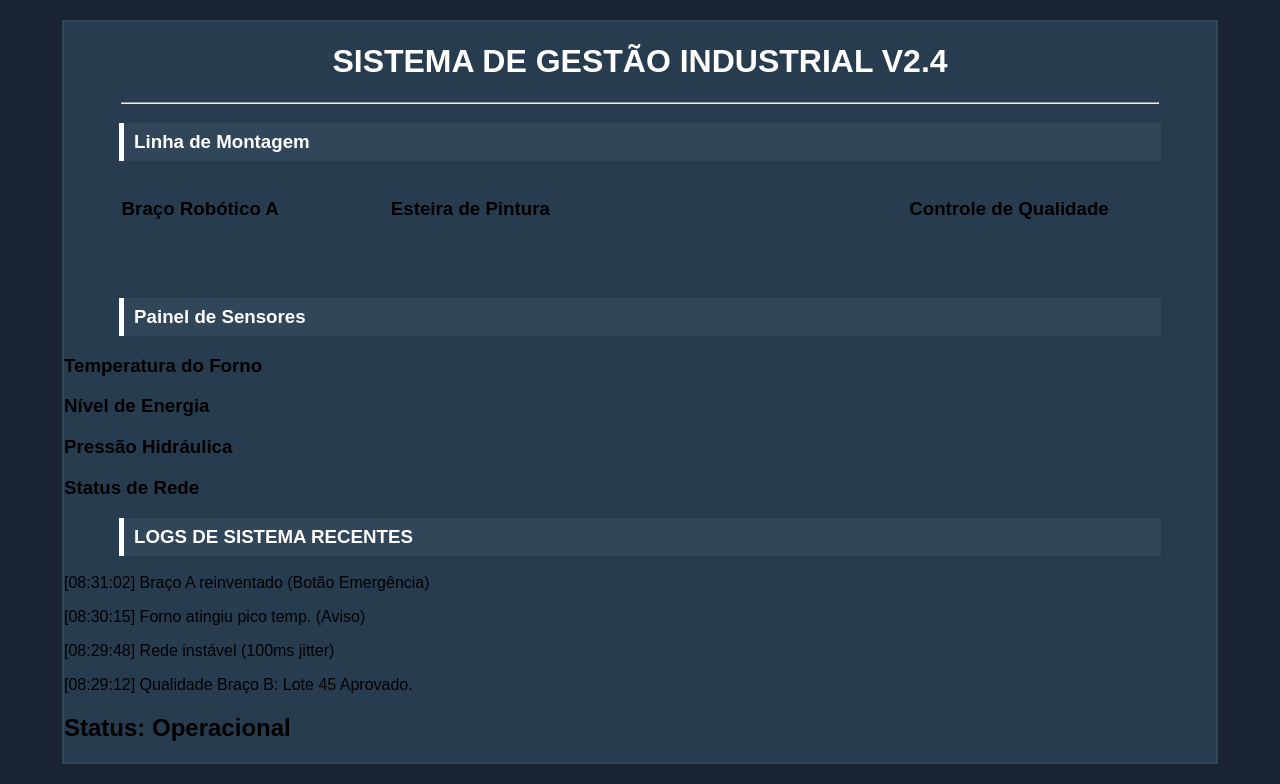
Repository: DanielEDapper/Front-WEG
Page: ProfeIgor/Aula5 - Dashboard Industrial/index.html
The author's editor kept a copy of each file at every save. The page is drawn from the files as they stood at one save, then again after a run of saves.
The browser window is 1280 px wide. The pictures show the whole page.
Some icons come from a web library that is not loaded, so they are not drawn.

Above is the page before, as saved 2026-05-29 19:36:34.

After the next 3 saves:
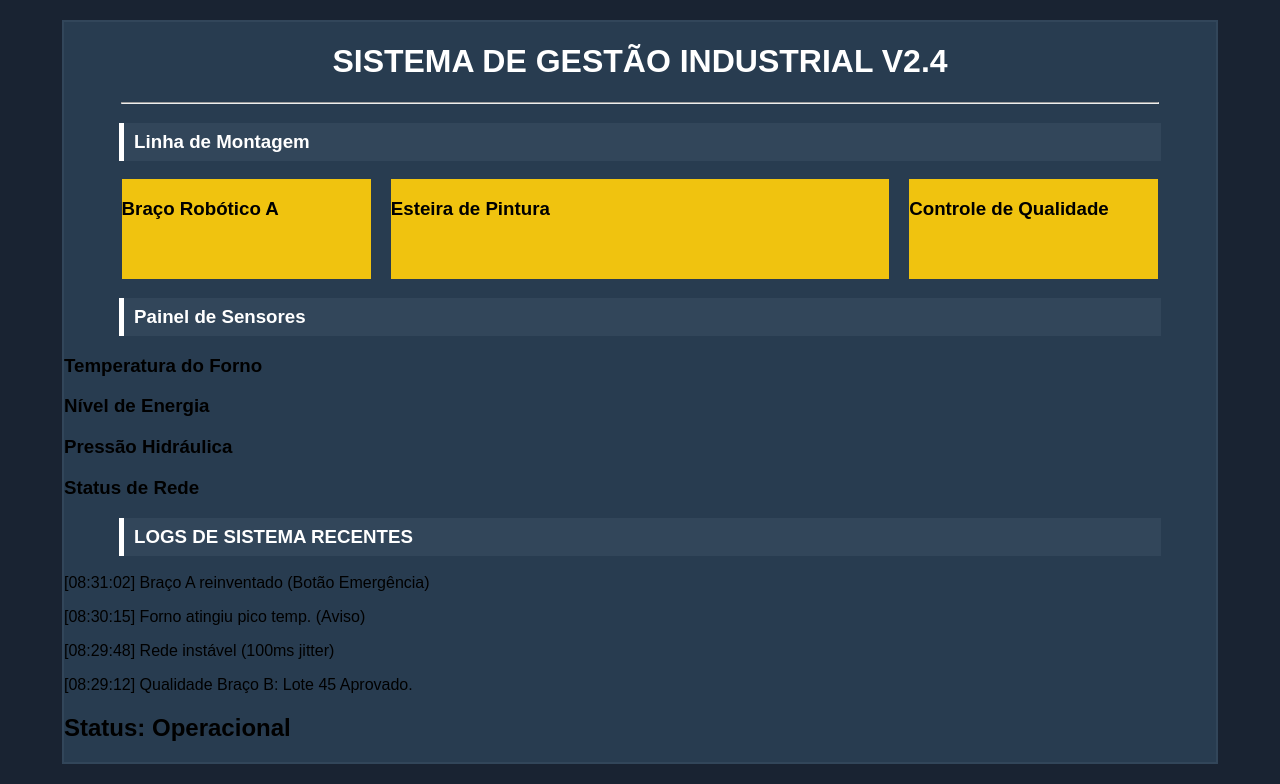
The 3 saves are shown as one change because they came seconds apart.
The last was saved 20 s later.
--- a/ProfeIgor/Aula5 - Dashboard Industrial/style.css
+++ b/ProfeIgor/Aula5 - Dashboard Industrial/style.css
@@ -63,6 +63,9 @@ hr{
     gap: 20px;
 }
 
+.card{
+    background-color: var(--warning);
+}
 
 .card:nth-child(1){
     width: 25%;
